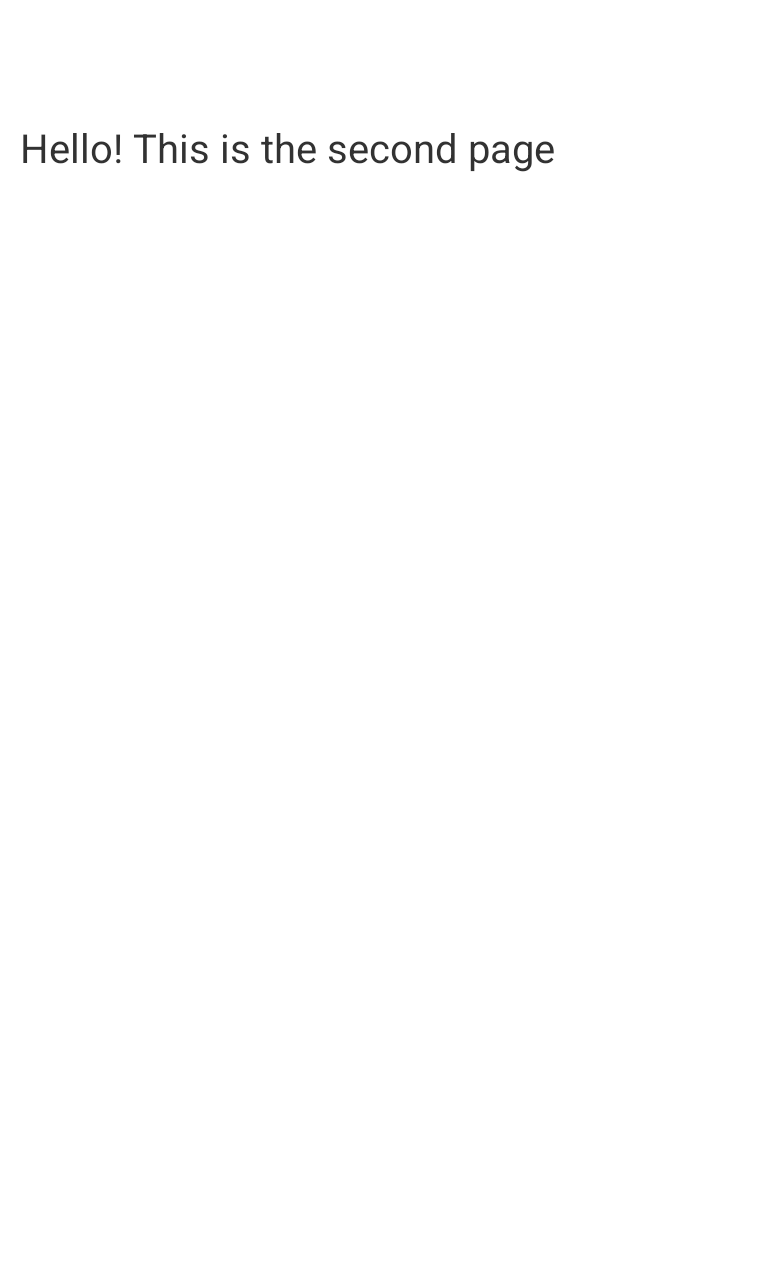
Repository: andreeacarmen/AndroidApp
Layout: MyApp/res/layout/new_activity.xml
The author's editor kept a copy of each file at every save. The layout is drawn from the files as they stood at one save, then again after the next save.
It is drawn on a 768 x 1280 px phone screen (xhdpi) without system bars, with theme AppTheme; the app's code is not run. Lists and similar views that code fills are empty.

Above is the layout before, as saved 2014-07-02 09:18:32.

After the next save:
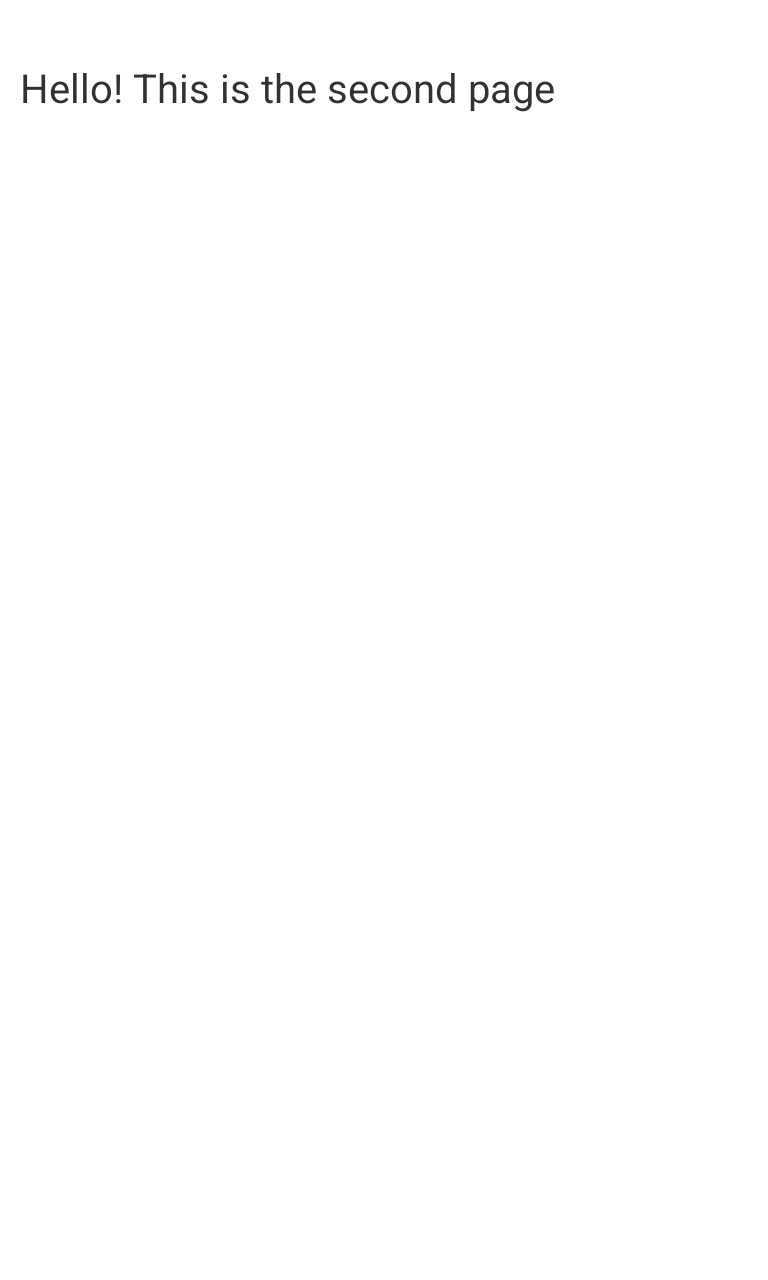
Saved 9 s later.
--- a/MyApp/res/layout/new_activity.xml
+++ b/MyApp/res/layout/new_activity.xml
@@ -7,7 +7,7 @@
    	<TextView
    	    android:text="Hello! This is the second page"
    	    android:textSize="20sp"
-   	    android:layout_marginTop="60dp"
+   	    android:layout_marginTop="30dp"
    	    android:layout_marginLeft="10dp"
    	    android:layout_width="wrap_content"
    	    android:layout_height="wrap_content"
